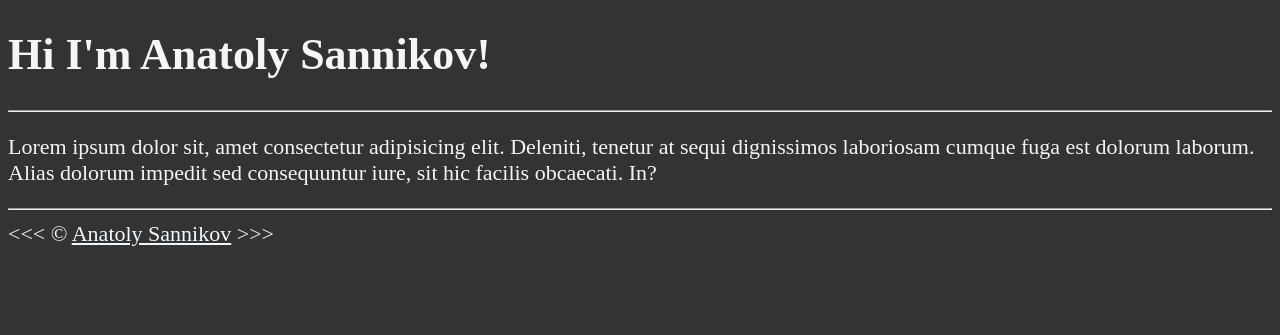
Repository: sannikovcode/exercises-a1
Page: JS/test1/task3/about.html
These files come from the project's save history. The page is drawn as it stood at one moment and after the next save; the edit follows.
The browser window is 1280 px wide. The pictures show the whole page.

Above is the page before, as saved 2025-10-13 15:19:16.

### JS/test1/task3/about.html
<!DOCTYPE html>
<html lang="en">
<head>
    <meta charset="UTF-8">
    <meta name="author" content="Anatoly">
    <meta name="description" content="Hi, I'm Anatoly Sannikov.
    This page is about me.">
    <title>About Me</title>
    <link rel="icon" href="html5.png"
    type="image/x-icon">
    <link rel="stylesheet" href="main.css"
    type="text/css">

</head>
<body>
    <h1> Hi I'm Anatoly Sannikov!</h1>

    <hr>
        <p>
            Lorem ipsum dolor sit, amet consectetur adipisicing elit.
            Deleniti, tenetur at sequi dignissimos laboriosam cumque
            fuga est dolorum laborum. Alias dolorum impedit sed
            consequuntur iure, sit hic facilis obcaecati. In?
        </p>


    <hr>


    &lt;&lt;&lt; &copy; <a href="about.html">Anatoly Sannikov</a>  &gt;&gt;&gt;


</body>

</html>

### JS/test1/task3/main.css
 html {
            font-size: 22px
        }

        body {
            background-color:   #333;
            color: whitesmoke;
        }

        a {
            color: aliceblue;

        }

        a:visited {
            color: lightgray;
        }

        a:hover, a:active {
            color: #eee;
        }

After the next save:
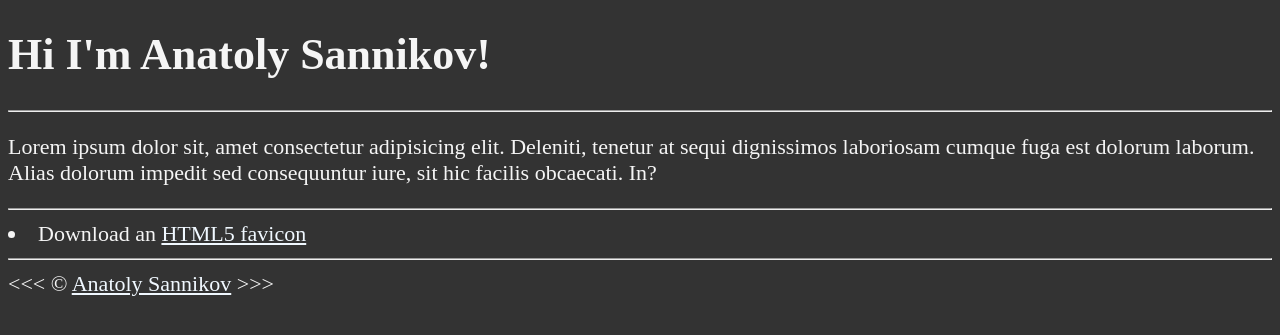
Saved 3 min 13 s later.
--- a/JS/test1/task3/about.html
+++ b/JS/test1/task3/about.html
@@ -16,12 +16,19 @@
     <h1> Hi I'm Anatoly Sannikov!</h1>
 
     <hr>
+
         <p>
             Lorem ipsum dolor sit, amet consectetur adipisicing elit.
             Deleniti, tenetur at sequi dignissimos laboriosam cumque
             fuga est dolorum laborum. Alias dolorum impedit sed
             consequuntur iure, sit hic facilis obcaecati. In?
         </p>
+
+
+    <hr>
+
+    <li>Download an <a href="html5.png"
+        Download>HTML5 favicon</a></li>
 
 
     <hr>
